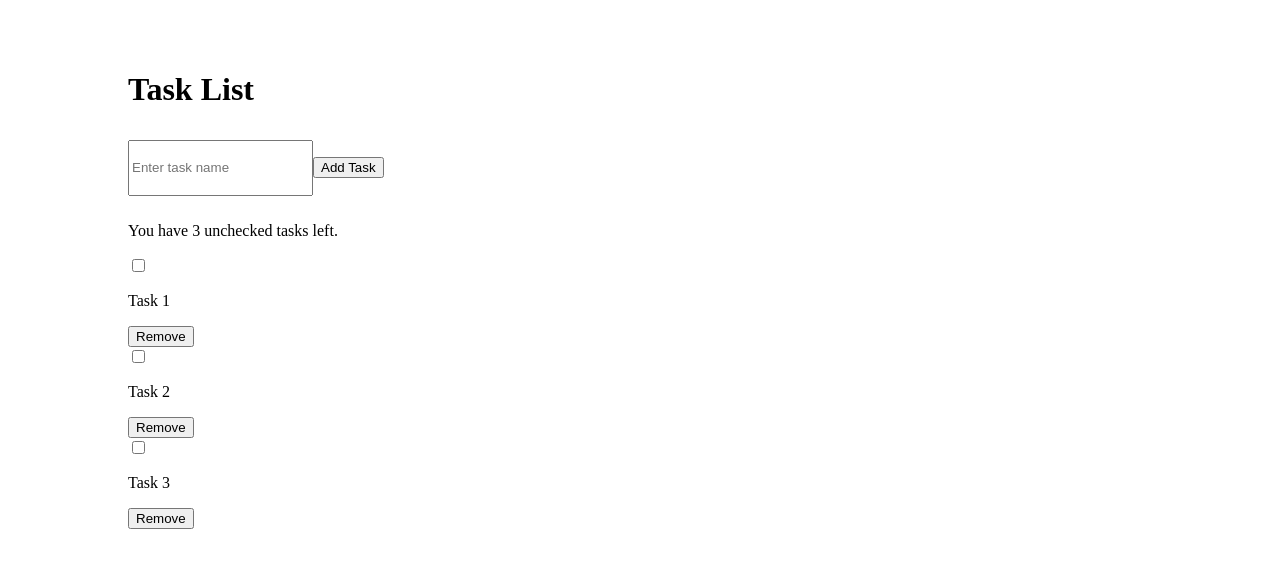
Repository: SandyLy453/task-list
Page: /
These files come from the project's save history. The page is drawn as it stood at one moment and after the next save; the edit follows.
The browser window is 1280 px wide. The pictures show the whole page.
The project was rebuilt for these pictures with package versions that can differ from the ones it lists, and the page was loaded fresh each time. Also part of the build but not shown: vite.config.js.

Above is the page before, as saved 2024-10-11 15:18:24.

After the next save:
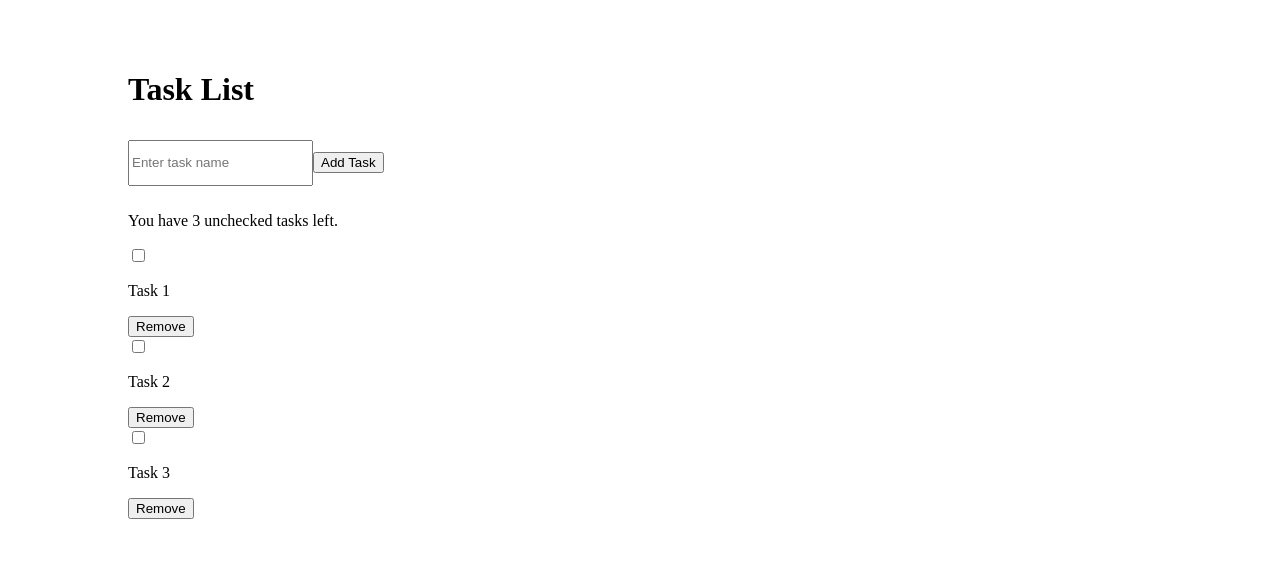
Saved 5 s later.
--- a/src/index.css
+++ b/src/index.css
@@ -8,5 +8,5 @@
 }
 
 .input {
-  height: 50px;
+  height: 40px;
 }
